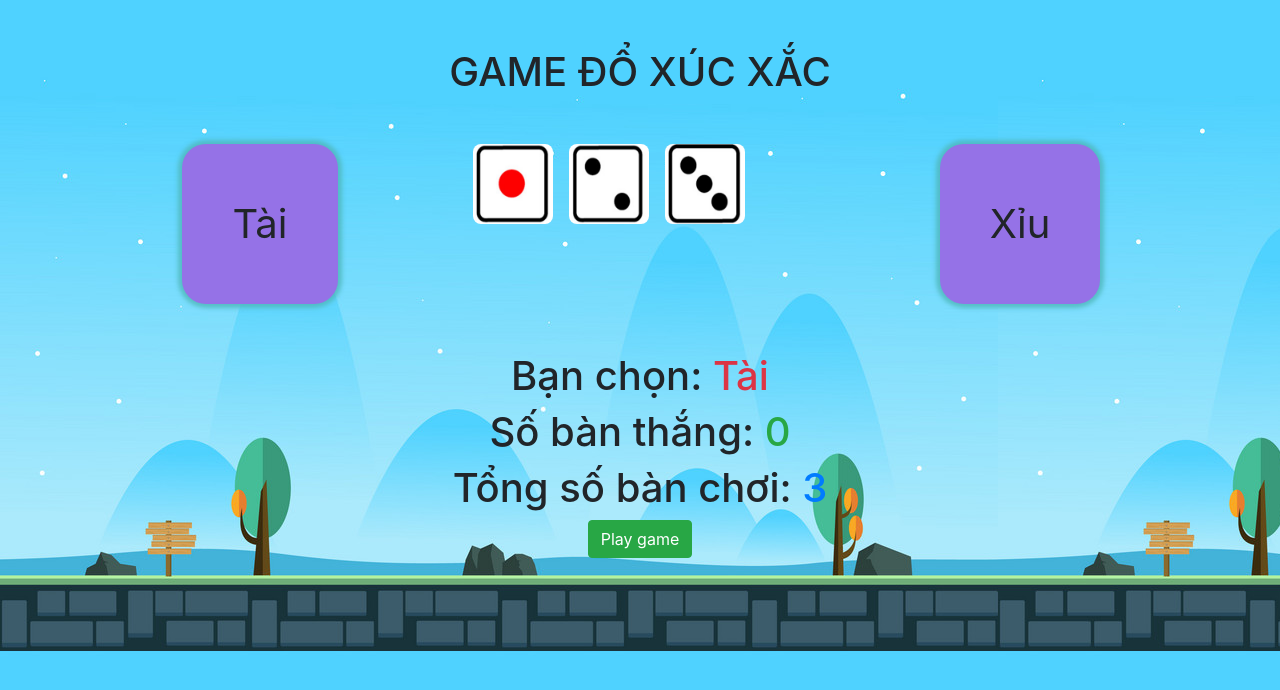
Repository: dovanthao2404/game-xuc-sac
Page: /
These files come from the project's save history. The page is drawn as it stood at one moment and after the next save; the edit follows.
The browser window is 1280 px wide. The pictures show the whole page.
The project was rebuilt for these pictures with package versions that can differ from the ones it lists, and the page was loaded fresh each time.

Above is the page before, as saved 2021-09-11 13:18:29.

### public/index.html
<!DOCTYPE html>
<html lang="en">

<head>
  <meta charset="utf-8" />
  <link rel="icon" href="%PUBLIC_URL%/favicon.ico" />
  <meta name="viewport" content="width=device-width, initial-scale=1" />
  <meta name="theme-color" content="#000000" />
  <meta name="description" content="Web site created using create-react-app" />
  <link rel="apple-touch-icon" href="%PUBLIC_URL%/logo192.png" />
  <link rel="manifest" href="%PUBLIC_URL%/manifest.json" />
  <title>React App</title>
  <link rel="stylesheet" href="https://cdn.jsdelivr.net/npm/bootstrap@4.6.0/dist/css/bootstrap.min.css"
    integrity="sha384-B0vP5xmATw1+K9KRQjQERJvTumQW0nPEzvF6L/Z6nronJ3oUOFUFpCjEUQouq2+l" crossorigin="anonymous">
  <link rel="stylesheet" href="%PUBLIC_URL%/css/style.css">
</head>

<body>
  <noscript>You need to enable JavaScript to run this app.</noscript>
  <div id="root"></div>
</body>

</html>

### src/index.css
body {
  margin: 0;
  padding: 0;
  box-sizing: border-box;
  font-family: -apple-system, BlinkMacSystemFont, 'Segoe UI', 'Roboto', 'Oxygen',
    'Ubuntu', 'Cantarell', 'Fira Sans', 'Droid Sans', 'Helvetica Neue',
    sans-serif;
  -webkit-font-smoothing: antialiased;
  -moz-osx-font-smoothing: grayscale;
}

code {
  font-family: source-code-pro, Menlo, Monaco, Consolas, 'Courier New',
    monospace;
}

### src/App.js


function App() {
  return (
    <div className="main">
      <div className="container mt-5">
        <div className="title mb-5">
          <h1 className="text-center">GAME ĐỔ XÚC XẮC</h1>
        </div>
        <div>
          <div class="row justify-content-between">
            <div className="col-4">
              <div className="type d-flex justify-content-center align-items-center">
                <span>Tài</span>
              </div>
            </div>
            <div className="col-4">
              <div className="d-flex">
                <img src="./images/1.png" alt="" />
                <img src="./images/2.png" alt="" />
                <img src="./images/3.png" alt="" />
              </div>
            </div>
            <div className="col-4">
              <div className="type d-flex justify-content-center align-items-center">
                <span>Xỉu</span>
              </div>
            </div>
          </div>
        </div>

        <div className="result text-center mt-5">
          <h1>Bạn chọn: <span className="text-danger">Tài</span></h1>
          <h1>Số bàn thắng: <span className="text-success">0</span></h1>
          <h1>Tổng số bàn chơi: <span className="text-primary">3</span></h1>
        </div>
        <div className="play-game text-center">
          <button className="btn btn-success">Play game</button>
        </div>
      </div>
    </div>
  );
}

export default App;

### public/css/style.css
.main {
  background-image: url(./../images/bgGame.png);
  top: 0;
  left:0;
  right: 0;
  bottom: 0;
  display: block;
  position: absolute;
  z-index: -10;
}

.type span{
  display: block;
  padding: 50px;
  border-radius: 24px;
  font-size: 40px;
  background: rgb(149, 114, 231);
  cursor: pointer;
  box-shadow: 0 0 4px 4px rgba(78, 182, 185, 0.8);
}

img {
  margin: 0 8px;
  width: 80px;
  border-radius: 8px ;
}

Loaded but not shown: src/index.js (common file); src/reportWebVitals.js (common file)

After the next save:
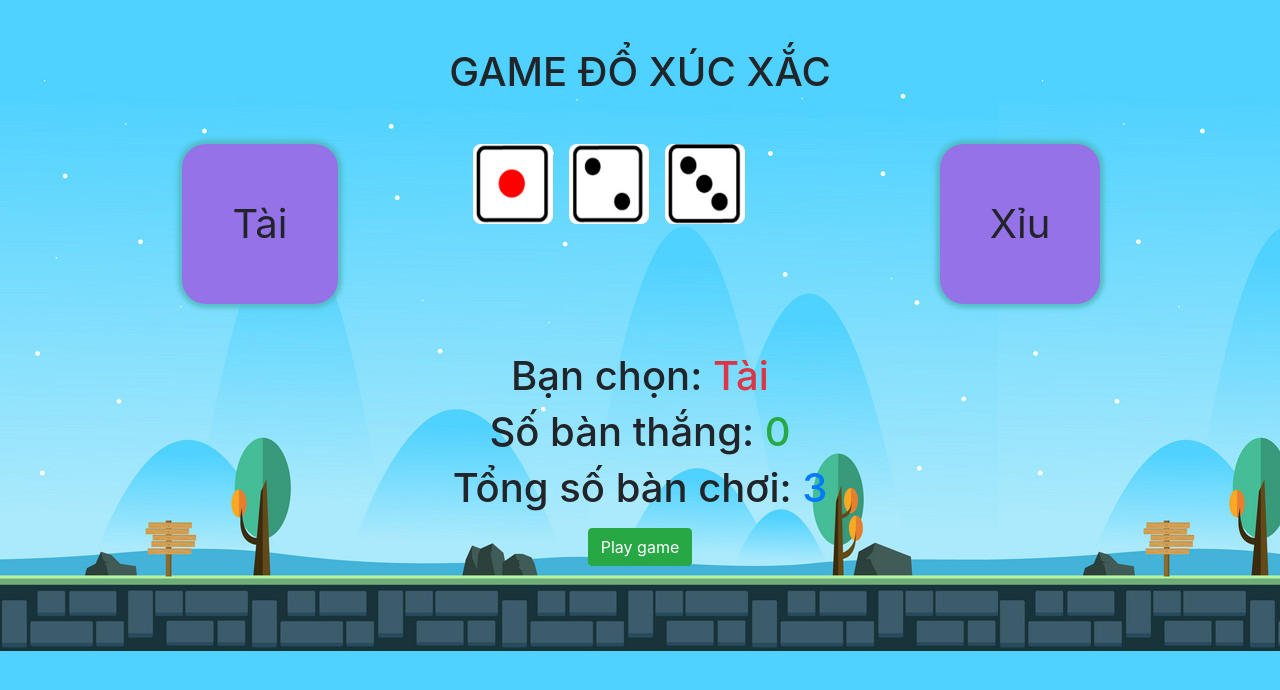
Saved 12 s later.
--- a/src/App.js
+++ b/src/App.js
@@ -34,7 +34,7 @@ function App() {
           <h1>Số bàn thắng: <span className="text-success">0</span></h1>
           <h1>Tổng số bàn chơi: <span className="text-primary">3</span></h1>
         </div>
-        <div className="play-game text-center">
+        <div className="play-game text-center mt-3">
           <button className="btn btn-success">Play game</button>
         </div>
       </div>
